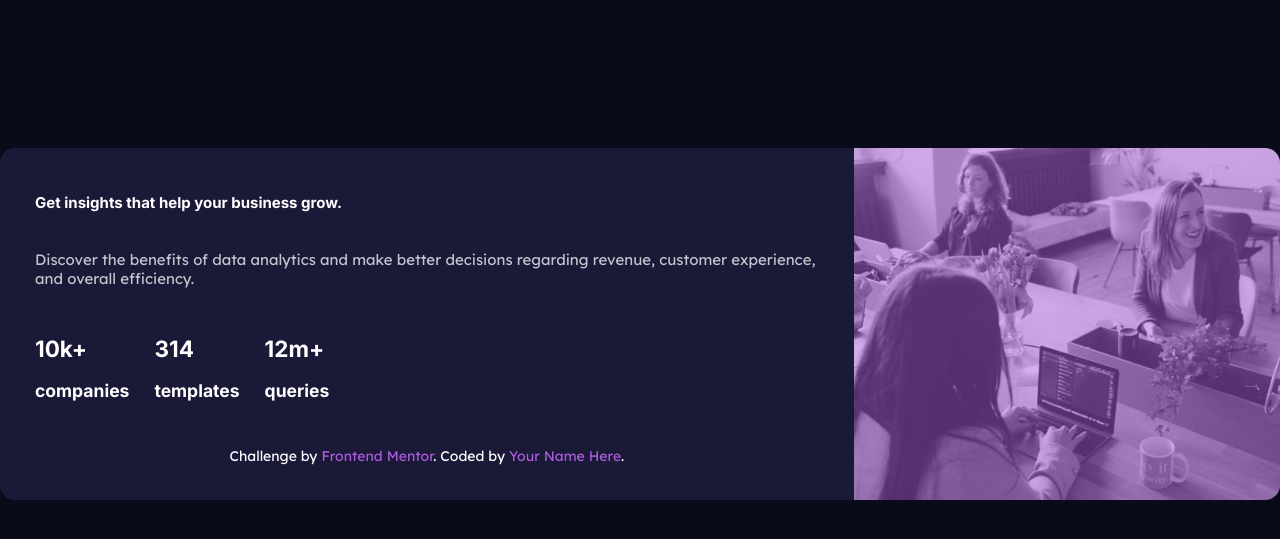
Repository: wasanmsn/Card_Challange
Page: index.html
These files come from the project's save history. The page is drawn as it stood at one moment and after the next save; the edit follows.
The browser window is 1280 px wide. The pictures show the whole page.

Above is the page before, as saved 2021-07-21 16:41:51.

After the next save:
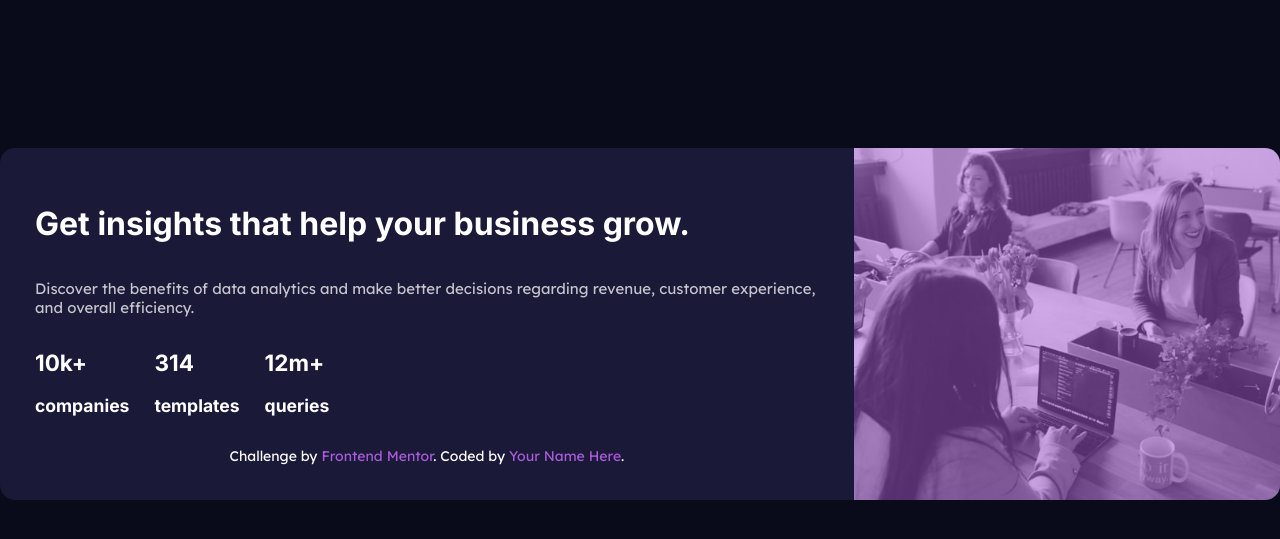
Saved 102 s later.
--- a/stylesheet.css
+++ b/stylesheet.css
@@ -52,7 +52,6 @@ body {
     border-radius: 0 15px 15px 0;
 }
 #header{
-    font-size: 15px;
     font-family: 'Inter', sans-serif;
     font-weight: 700;
     color:hsl(0, 0%, 100%) ;
